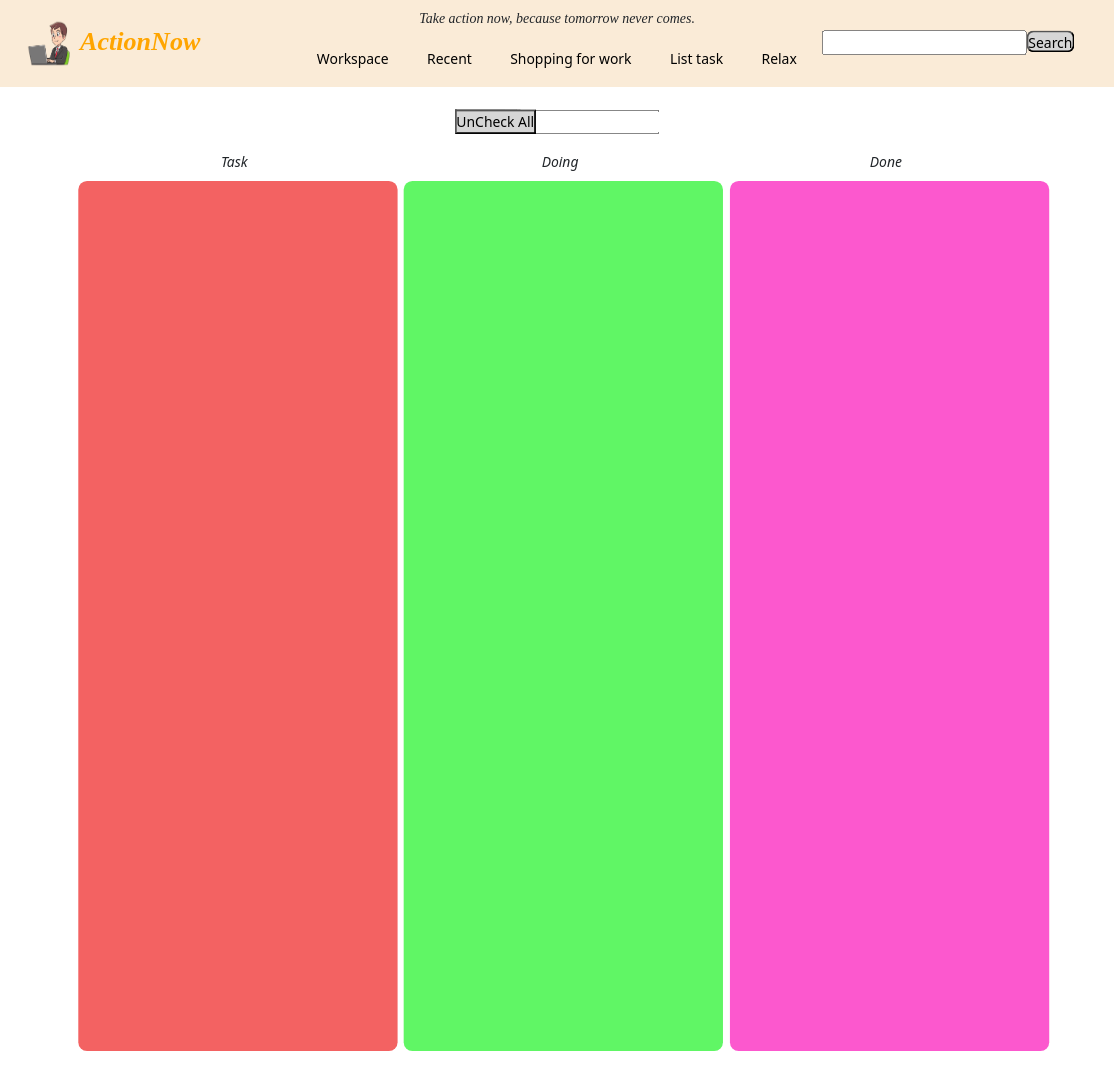
Repository: huavantinh/todo
Page: index.html
The author's editor kept a copy of each file at every save. The page is drawn from the files as they stood at one save, then again after the next save.
The browser window is 1280 px wide. The pictures show the whole page, at 87% of full size.

Above is the page before, as saved 2023-04-08 10:43:05.

After the next save:
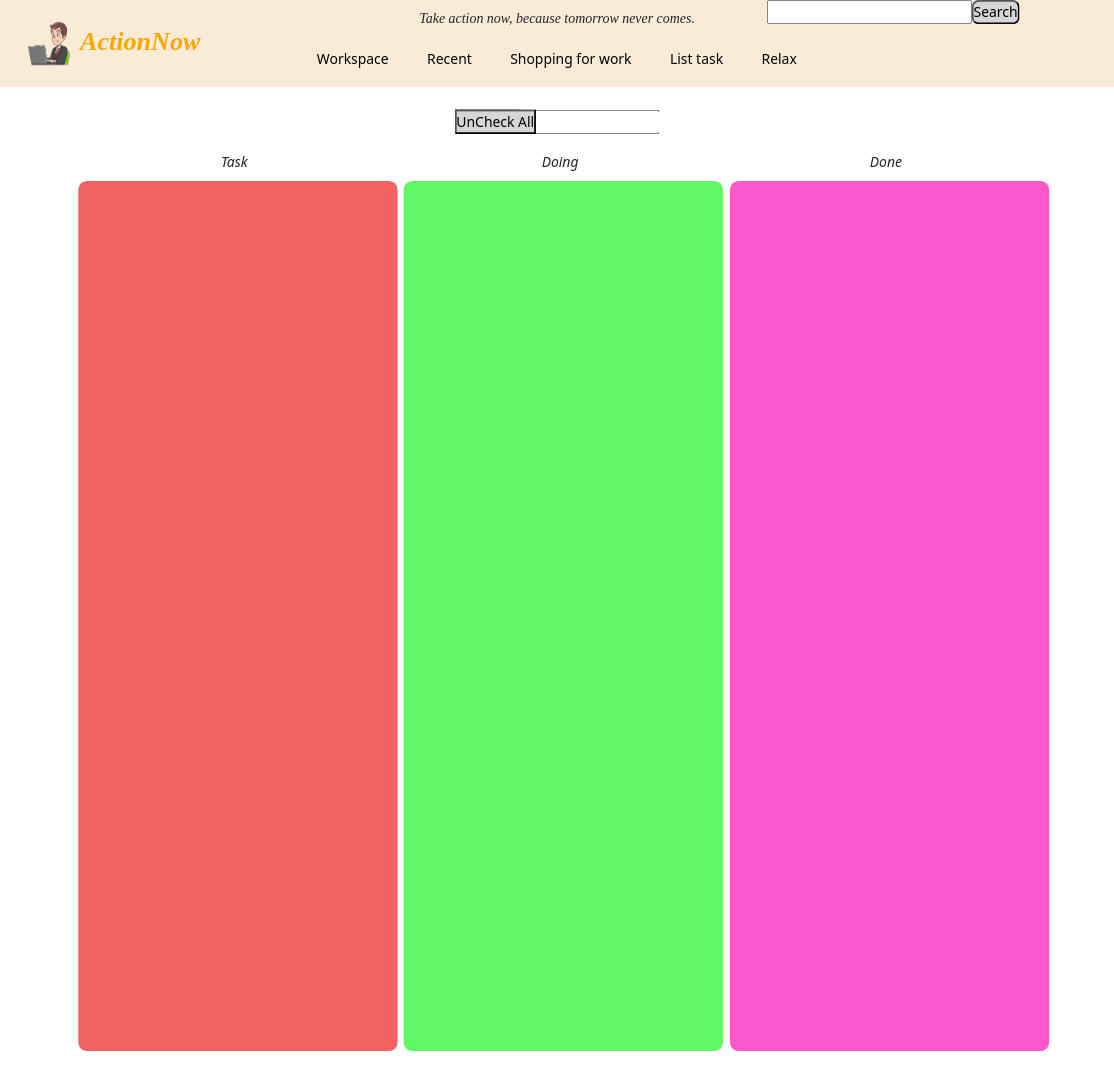
Saved 102 s later.
--- a/css/style.css
+++ b/css/style.css
@@ -47,9 +47,11 @@
     /* justify-content: center; */
 }
 .brand .search-box{
-    position: absolute;
+
+
+    /* position: absolute;
     right: 100px;
-    top: 35px;
+    top: 35px; */
     /* justify-content: center;
     align-items: center;
     position: absolute;
